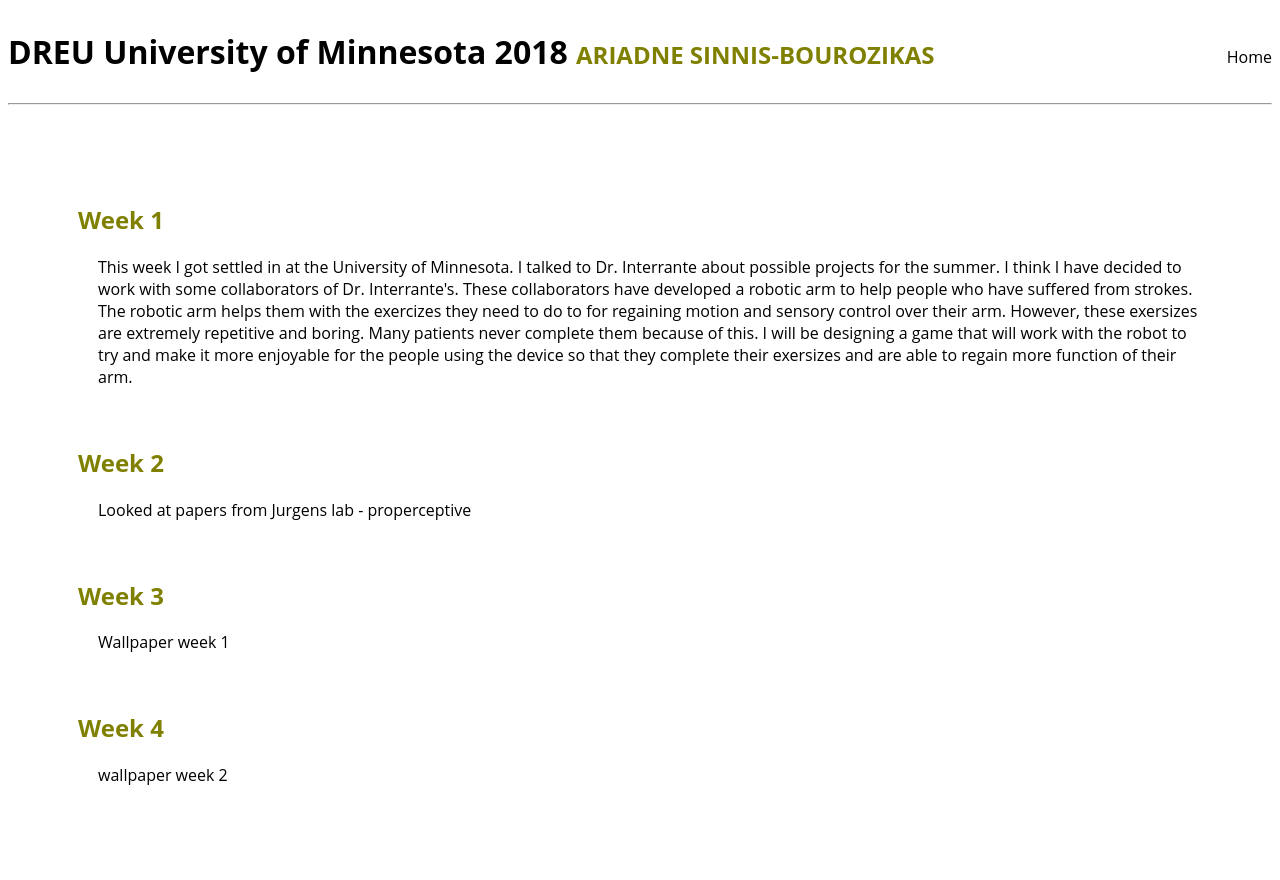
Repository: ariadnesb/dreu2018
Page: journal.html
The author's editor kept a record of every edit. The page is drawn from the files as they stood at one moment, then again after the next edit.
The browser window is 1280 px wide. The pictures show the whole page.

Above is the page before.

After the next edit:
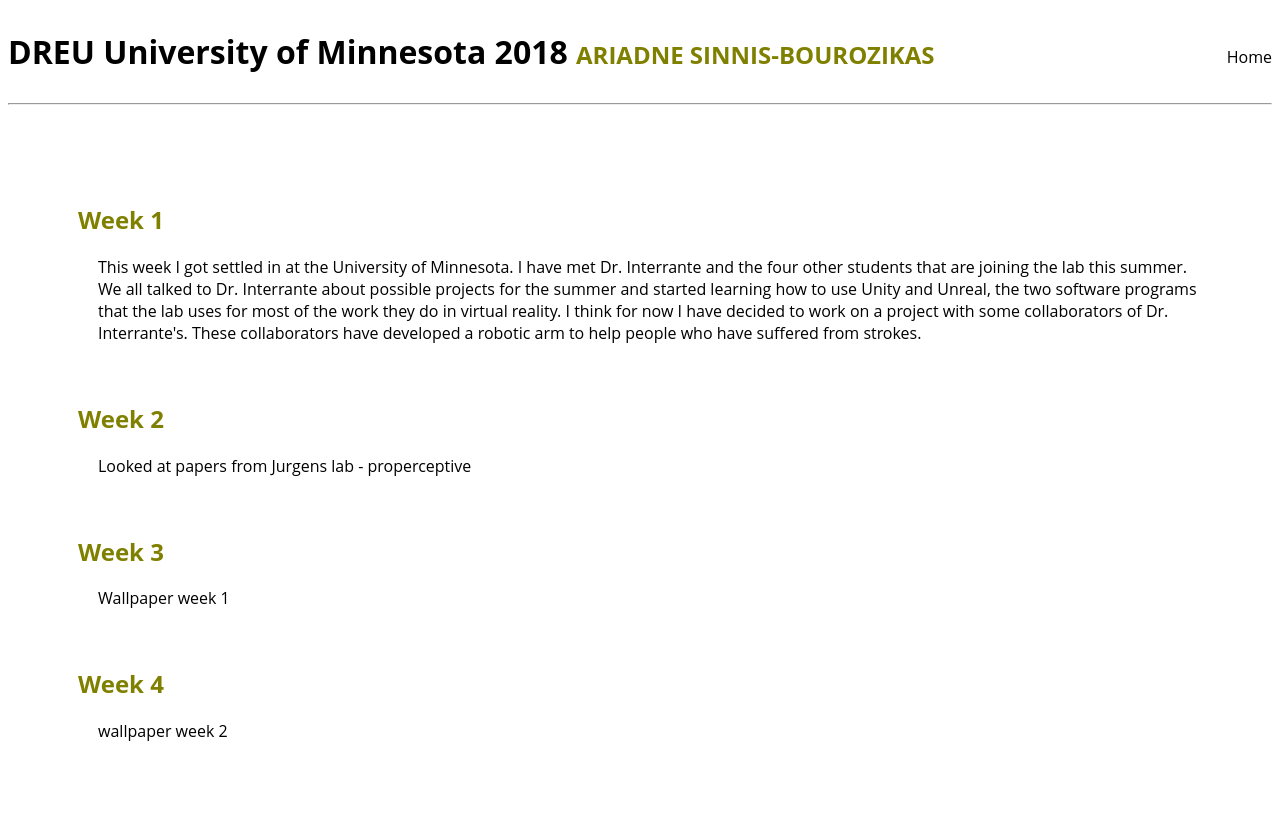
The edit:
--- a/journal.html
+++ b/journal.html
@@ -26,16 +26,16 @@
     <div id = "journal">
         <h2> Week 1 </h2>
         <p>
-            This week I got settled in at the University of Minnesota. I talked to
-            Dr. Interrante about possible projects for the summer. I think I have
-            decided to work with some collaborators of Dr. Interrante's. These collaborators
-            have developed a robotic arm to help people who have suffered from strokes. The
-            robotic arm helps them with the exercizes they need to do to for regaining motion
-            and sensory control over their arm. However, these exersizes are extremely
-            repetitive and boring. Many patients never complete them because of this.
-            I will be designing a game that will work with the robot
-            to try and make it more enjoyable for the people using the device so that they
-            complete their exersizes and are able to regain more function of their arm.
+            This week I got settled in at the University of Minnesota.
+            I have met Dr. Interrante and the four other students that
+            are joining the lab this summer. We all talked to Dr.
+            Interrante about possible projects for the summer and started
+            learning how to use Unity and Unreal, the two software programs
+            that the lab uses for most of the work they do in virtual
+            reality. I think for now I have decided to work on a project
+            with some collaborators of Dr. Interrante's. These collaborators
+            have developed a robotic arm to help people who have suffered
+            from strokes.
 
         </p>
         <br><h2> Week 2 </h2>
